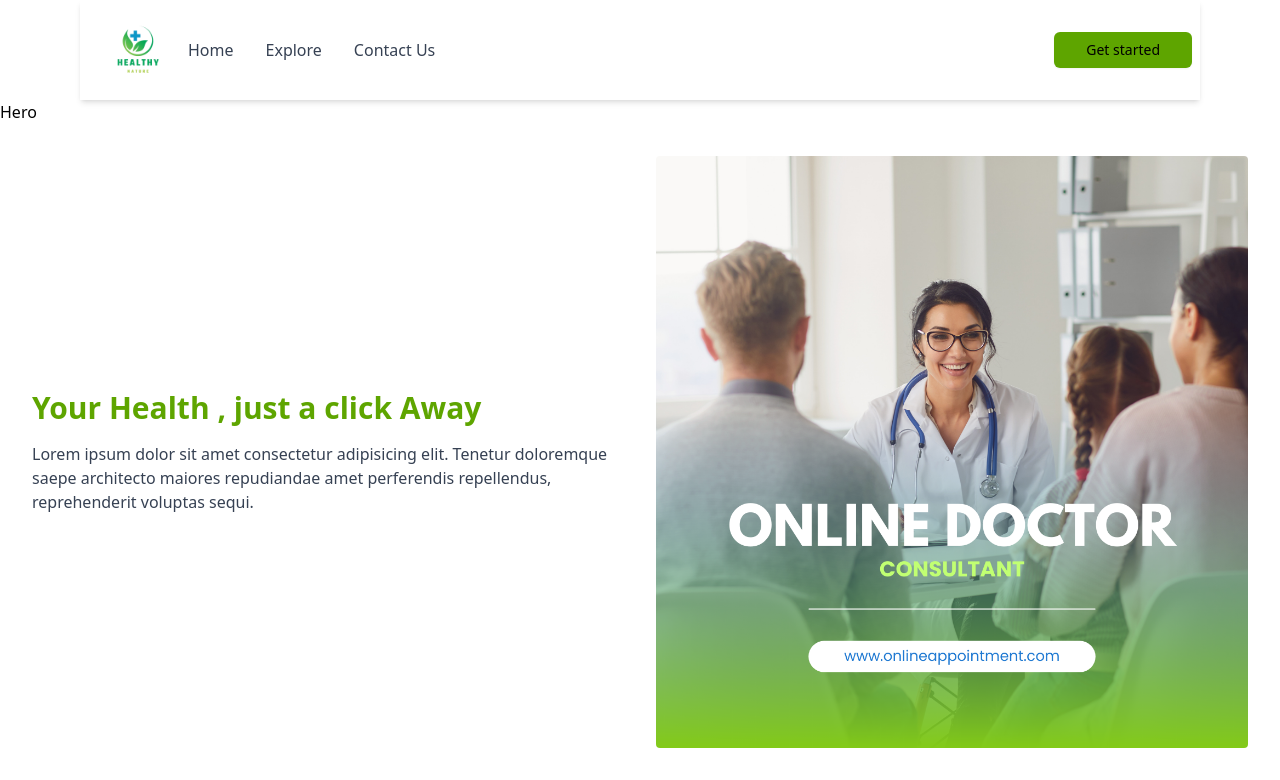
Repository: Muyassar-Mamdoh-Salem/appooinetment_app_frontend
Page: /
These files come from the project's save history. The page is drawn as it stood at one moment and after a run of saves; the edit follows.
The browser window is 1280 px wide. The pictures show the whole page.
The project was rebuilt for these pictures with package versions that can differ from the ones it lists, and the page was loaded fresh each time. The framework's server and built-in components were replaced by stand-ins that run in the browser. Also part of the build but not shown: next.config.mjs.

Above is the page before, as saved 2025-07-03 15:20:46.

### app/layout.js
import { Geist, Geist_Mono } from "next/font/google";
import "./globals.css";
import Header from "./_compnents/Header";
const geistSans = Geist({
  variable: "--font-geist-sans",
  subsets: ["latin"],
});

const geistMono = Geist_Mono({
  variable: "--font-geist-mono",
  subsets: ["latin"],
});

export const metadata = {
  title: "Create Next App",
  description: "Generated by create next app",
};

export default function RootLayout({ children }) {
  return (
    <html lang="en">
      <body
        className={`${geistSans.variable} ${geistMono.variable} antialiased`}
      >
        <div className=" md:px-20">
                 <Header />

        </div>
        {children}
      </body>
    </html>
  );
}

### app/page.js
import Image from "next/image";

// shad cn
import { Button } from "@/components/ui/button"
// component
import Hero from "./_compnents/Hero";
export default function Home() {
  return (
    <div className="">
<Hero/>

    </div>
  );
}

### app/_compnents/Header.jsx
import React from 'react';
import Image from 'next/image';
import Link from 'next/link';
import { Button } from '@/components/ui/button';

function Header() {
  const menu = [
    { id: 1, name: 'Home', path: '/' },
    { id: 2, name: 'Explore', path: 'Explore' },
    { id: 3, name: 'Contact Us', path: 'Contact Us' }
  ];

  return (
    <header className="bg-white shadow-md px-2 flex items-center justify-between    ">
      <div className="  flex items-center  ">
        {/* الشعار */}
        <div className="flex items-center gap-2">
          <Image src="/assets/image/logo.png" width={100} height={40} alt="logo" />

        </div>

        {/* القائمة */}
        <nav>
          <ul className="hidden md:flex gap-8 text-gray-700 font-medium">
            {menu.map((item) => (
              <li key={item.id}>
                <Link
                  href={item.path}
                  className="hover:text-lime-600 transition-all duration-200 cursor-pointer hover:scale-105 "
                >
                  {item.name}
                </Link>
              </li>
            ))}
          </ul>
        </nav>
      </div>
      <Button>Get started</Button>

    </header>
  );
}

export default Header;

### components/ui/button.jsx
import * as React from "react"
import { Slot } from "@radix-ui/react-slot"
import { cva } from "class-variance-authority";

import { cn } from "@/lib/utils"

const buttonVariants = cva(
  "inline-flex items-center justify-center gap-2 whitespace-nowrap rounded-md text-sm font-medium transition-all disabled:pointer-events-none disabled:opacity-50 [&_svg]:pointer-events-none [&_svg:not([class*='size-'])]:size-4 shrink-0 [&_svg]:shrink-0 outline-none focus-visible:border-ring focus-visible:ring-ring/50 focus-visible:ring-[3px] aria-invalid:ring-destructive/20 dark:aria-invalid:ring-destructive/40 aria-invalid:border-destructive",
  {
    variants: {
      variant: {
        default:
          "bg-lime-600 text-primary-foreground shadow-xs hover:bg-lime-700 cursor-pointer",
        destructive:
          "bg-destructive text-white shadow-xs hover:bg-destructive/90 focus-visible:ring-destructive/20 dark:focus-visible:ring-destructive/40 dark:bg-destructive/60",
        outline:
          "border bg-background shadow-xs hover:bg-accent hover:text-accent-foreground dark:bg-input/30 dark:border-input dark:hover:bg-input/50",
        secondary:
          "bg-secondary text-secondary-foreground shadow-xs hover:bg-secondary/80",
        ghost:
          "hover:bg-accent hover:text-accent-foreground dark:hover:bg-accent/50",
        link: "text-primary underline-offset-4 hover:underline",
      },
      size: {
        default: "h-9 px-8 py-2 has-[>svg]:px-3",
        sm: "h-8 rounded-md gap-1.5 px-3 has-[>svg]:px-2.5",
        lg: "h-10 rounded-md px-6 has-[>svg]:px-4",
        icon: "size-9",
      },
    },
    defaultVariants: {
      variant: "default",
      size: "default",
    },
  }
)

function Button({
  className,
  variant,
  size,
  asChild = false,
  ...props
}) {
  const Comp = asChild ? Slot : "button"

  return (
    <Comp
      data-slot="button"
      className={cn(buttonVariants({ variant, size, className }))}
      {...props} />
  );
}

export { Button, buttonVariants }

### app/_compnents/Hero.jsx
import React from 'react'

function Hero() {
  return (
    <div>Hero
        <section>
  <div className="mx-auto max-w-screen-xl px-4 py-8 sm:px-6 lg:px-8">
    <div className="grid grid-cols-1 gap-4 md:grid-cols-2 md:items-center md:gap-8">
      <div>
        <div className="max-w-lg md:max-w-none">
          <h2 className="text-2xl font-semibold text-lime-600 sm:text-3xl">
          Your Health , just a click Away
          </h2>

          <p className="mt-4 text-gray-700">
            Lorem ipsum dolor sit amet consectetur adipisicing elit. Tenetur doloremque saepe
            architecto maiores repudiandae amet perferendis repellendus, reprehenderit voluptas
            sequi.
          </p>
        </div>
      </div>

      <div>
        <img
        src='assets\image\hero.png'
          className="rounded"
          alt=""
        />
      </div>
    </div>
  </div>
</section>
    </div>
  )
}

export default Hero

Loaded but not shown: app/globals.css (common file); lib/utils.js (common file)

After the next 4 saves:
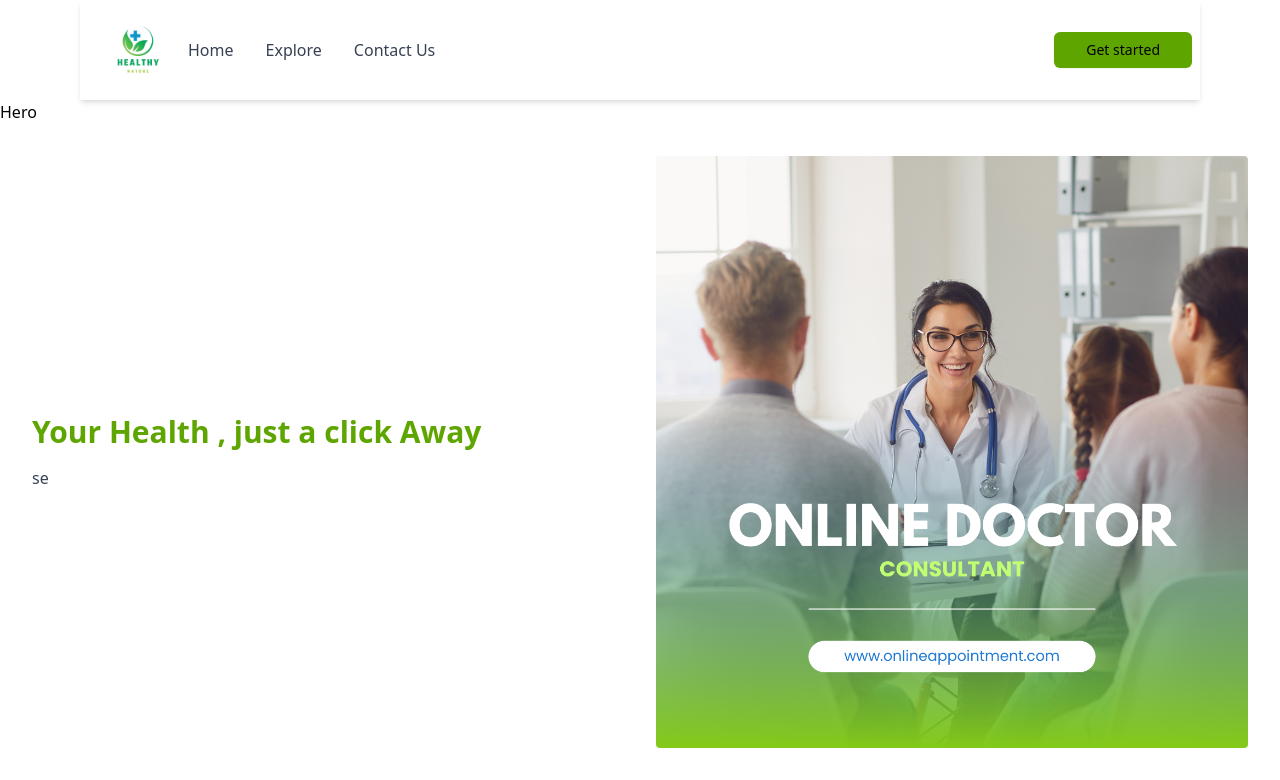
The 4 saves are shown as one change because they came seconds apart.
The last was saved 12 s later.
--- a/app/_compnents/Hero.jsx
+++ b/app/_compnents/Hero.jsx
@@ -13,9 +13,7 @@ function Hero() {
           </h2>
 
           <p className="mt-4 text-gray-700">
-            Lorem ipsum dolor sit amet consectetur adipisicing elit. Tenetur doloremque saepe
-            architecto maiores repudiandae amet perferendis repellendus, reprehenderit voluptas
-            sequi.
+           se
           </p>
         </div>
       </div>
